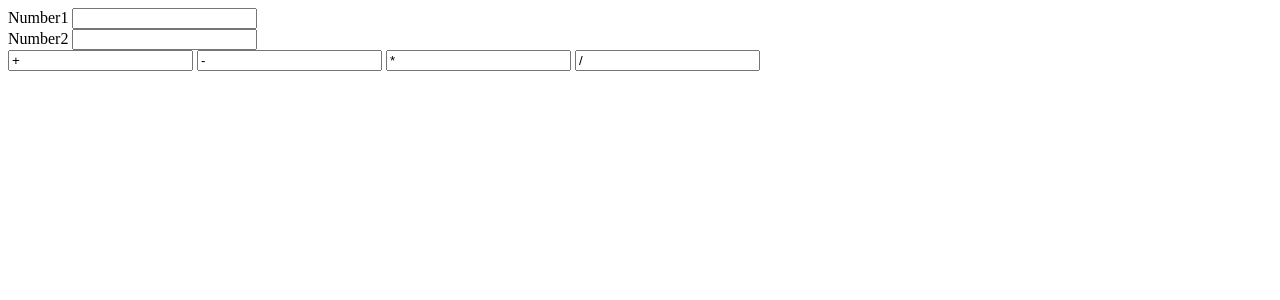
Repository: Shoumorup/ForGitDemo
Page: mywebapp/src/main/webapp/calculator.html
An editor plug-in stored every save of this project. The page is shown before and after the next save, followed by the edit.
The browser window is 1280 px wide. The pictures show the whole page.

Above is the page before, as saved 2019-07-16 06:15:08.

### mywebapp/src/main/webapp/calculator.html
<!DOCTYPE html>
<html>
<head>
<meta charset="UTF-8">
<title>Calculate here</title>
</head>
<body>

<form action="calculator" method="get">
Number1 <input name=n1> <br>
Number2 <input name=n2> <br>

<input name=op value="+">
<input name=op value="-">
<input name=op value="*">
<input name=op value="/">

</form>

</body>
</html>

After the next save:
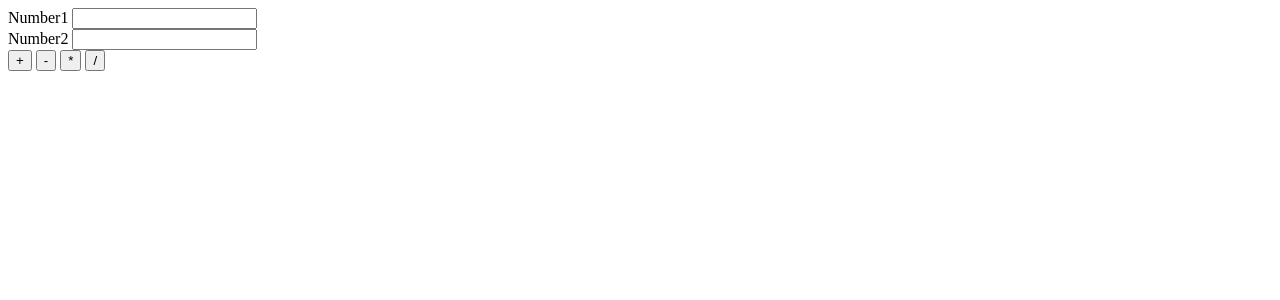
Saved 7 min 31 s later.
--- a/mywebapp/src/main/webapp/calculator.html
+++ b/mywebapp/src/main/webapp/calculator.html
@@ -10,10 +10,10 @@
 Number1 <input name=n1> <br>
 Number2 <input name=n2> <br>
 
-<input name=op value="+">
-<input name=op value="-">
-<input name=op value="*">
-<input name=op value="/">
+<input name=op value="+" type=submit>
+<input name=op value="-" type=submit>
+<input name=op value="*" type=submit>
+<input name=op value="/" type=submit>
 
 </form>
 
